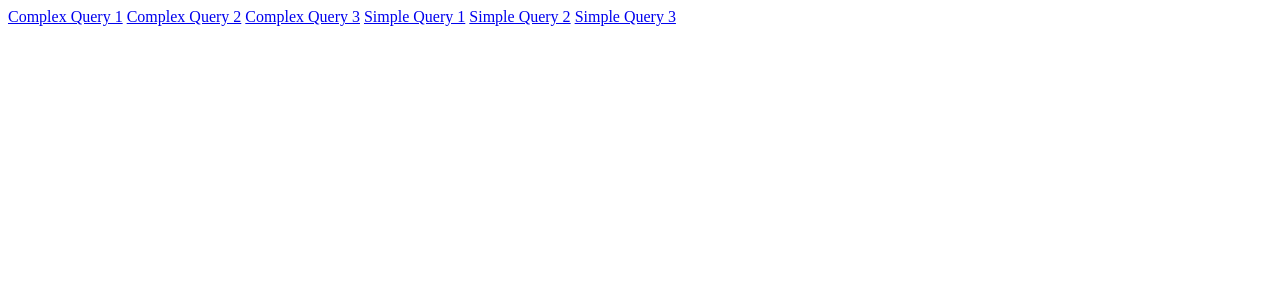
Repository: tanmaysarin/csjobdatabase
Page: http://localhost/CS480Demo/jsps/Queries/AllQueries.jsp
These files come from the project's save history. The page is drawn as it stood at one moment and after the next save; the edit follows.
The browser window is 1280 px wide. The pictures show the whole page.
The page is served by Tomcat 9. Other server files are loaded and not shown.

Above is the page before, as saved 2020-08-02 01:58:06.

### CS480Demo/WebContent/jsps/Queries/AllQueries.jsp
<%@ page language="java" contentType="text/html; charset=UTF-8"
    pageEncoding="UTF-8"%>
<%@ taglib prefix="c" uri="http://java.sun.com/jsp/jstl/core" %>
<!DOCTYPE html PUBLIC "-//W3C//DTD HTML 4.01 Transitional//EN" "http://www.w3.org/TR/html4/loose.dtd">
<html>
<head>
<meta http-equiv="Content-Type" content="text/html; charset=UTF-8">

</head>

	<a href="<%=request.getContextPath()%>/CQuery1Servlet?">Complex Query 1</a>

	<a href="<%=request.getContextPath()%>/CQuery2Servlet?">Complex Query 2</a>

	<a href="<%=request.getContextPath()%>/CQuery3Servlet?">Complex Query 3</a>

	<a href="<%=request.getContextPath()%>/SimpleQuery1Servlet?">Simple Query 1</a>

	<a href="<%=request.getContextPath()%>/SimpleQuery2Servlet?">Simple Query 2</a>

	<a href="<%=request.getContextPath()%>/SimpleQuery3Servlet?">Simple Query 3</a>

</body>
</html>

After the next save:
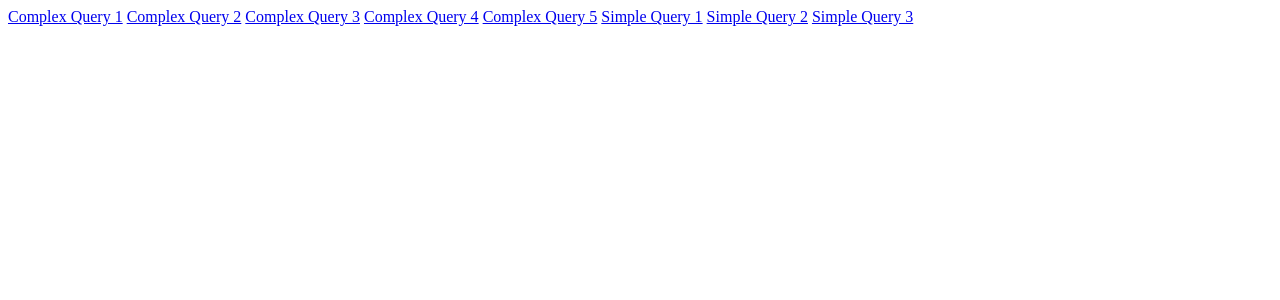
Saved 66 s later.
--- a/CS480Demo/WebContent/jsps/Queries/AllQueries.jsp
+++ b/CS480Demo/WebContent/jsps/Queries/AllQueries.jsp
@@ -14,6 +14,10 @@
 
 	<a href="<%=request.getContextPath()%>/CQuery3Servlet?">Complex Query 3</a>
 
+	<a href="<%=request.getContextPath()%>/CQuery4Servlet?">Complex Query 4</a>
+
+	<a href="<%=request.getContextPath()%>/CQuery5Servlet?">Complex Query 5</a>
+
 	<a href="<%=request.getContextPath()%>/SimpleQuery1Servlet?">Simple Query 1</a>
 
 	<a href="<%=request.getContextPath()%>/SimpleQuery2Servlet?">Simple Query 2</a>
